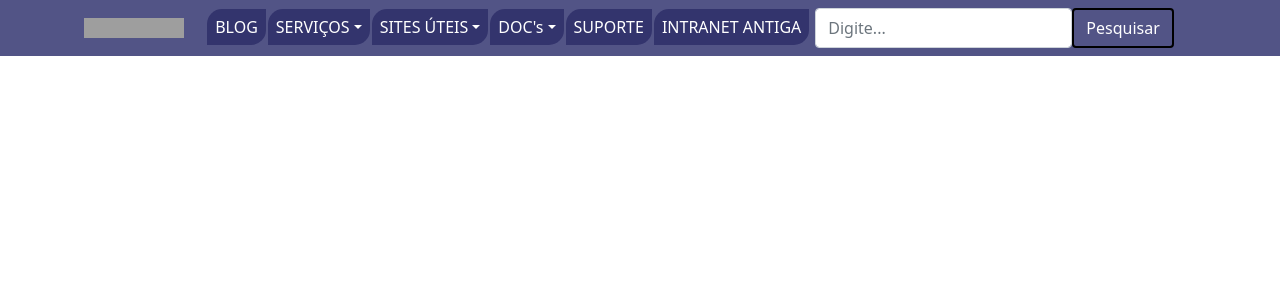
Repository: Leandromarim/INTRANET_PARTICULAR
Page: header.html
The author's editor kept a copy of each file at every save. The page is drawn from the files as they stood at one save, then again after the next save.
The browser window is 1280 px wide. The pictures show the whole page.
Pictures or frames that could not be fetched are drawn as grey boxes.

Above is the page before, as saved 2021-12-14 11:01:17.

After the next save:
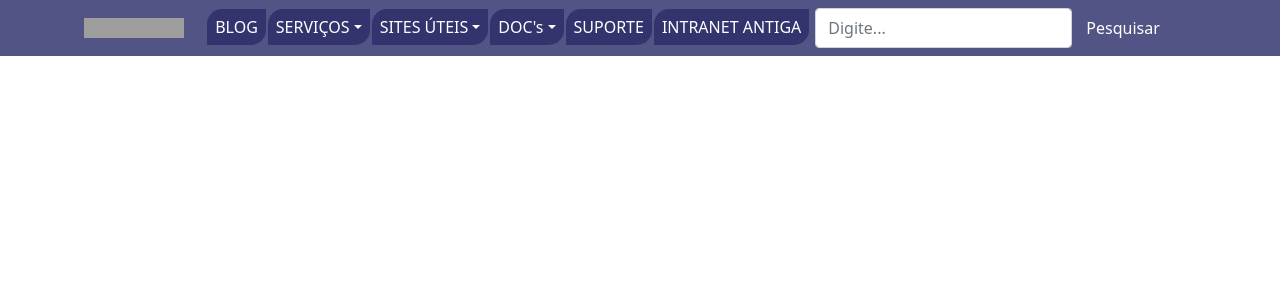
Saved 37 s later.
--- a/assets/css/header.css
+++ b/assets/css/header.css
@@ -79,7 +79,7 @@ nav ul li a {
 button.button-pesquisar{
     background-color: #525486;
     color: #fff;
-    border: 2px solid black;
+    border: 2px solid #525486;
 }
 
 button.button-pesquisar:hover{
